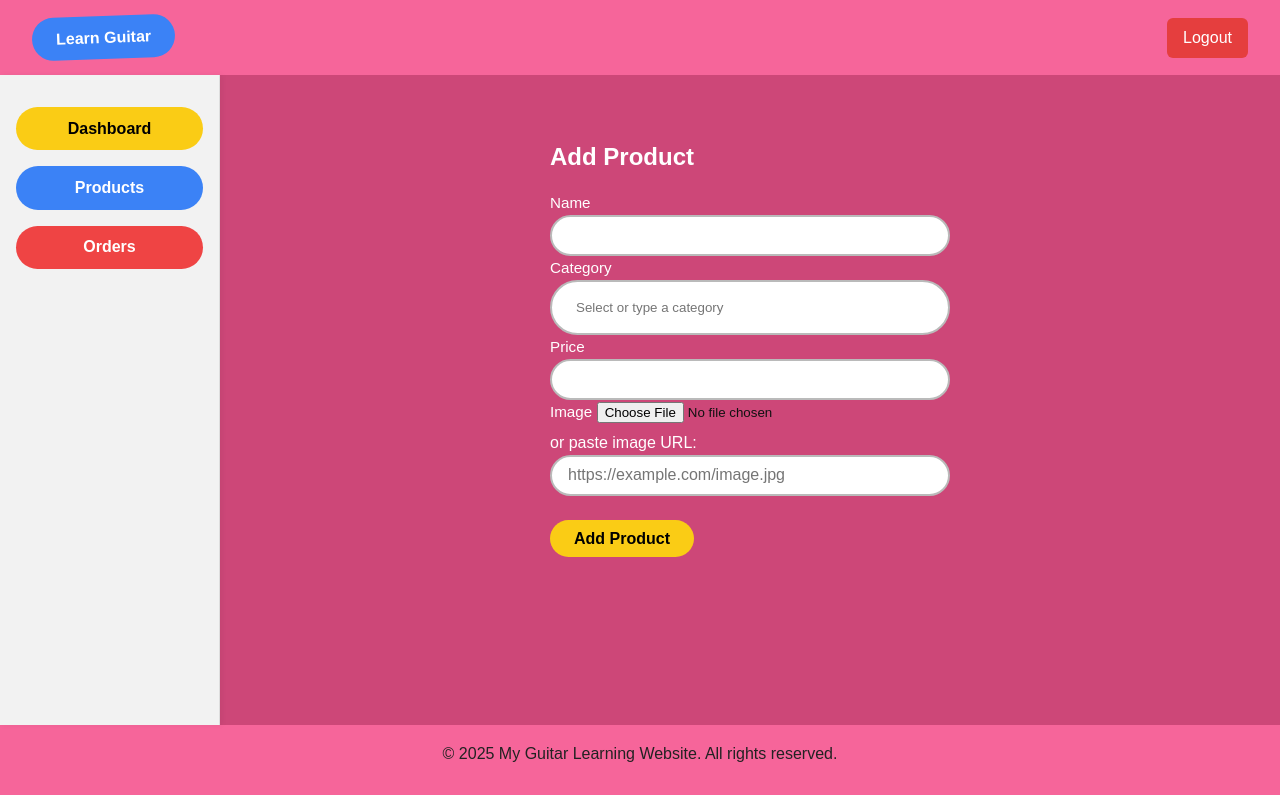
Repository: rywkoo/LearnGuitar
Page: templates/admin/addproduct.html
These files come from the project's save history. The page is drawn as it stood at one moment and after the next save; the edit follows.
The browser window is 1280 px wide. The pictures show the whole page.
The page is served by the project's application, run on Flask 3 (app.py). Other server files are loaded and not shown. The template is opened directly, without the code that normally fills it, so the values that code supplies are empty.

Above is the page before, as saved 2025-08-25 22:40:22.

### templates/admin/addproduct.html
{% extends "admin/admin_master.html" %}

{% block main_content %}


<style>


.custom-dropdown input {
  width: 100%;
  padding: 0.5rem;
  border-radius: 8px;
  border: 1px solid #ccc;
}

.dropdown-list {
  position: absolute;
  top: 100%;
  left: 0;
  right: 0;
  background: #fff;
  max-height: 150px;
  overflow-y: auto;
  border: 1px solid #ccc;
  border-radius: 8px;
  display: none;
  margin-top: 2px;
  z-index: 10;
}

.dropdown-list li {
  padding: 0.5rem;
  cursor: pointer;
}

.dropdown-list li:hover {
  background: #f0f0f0;
}

.dropdown-list li.other {
  font-style: italic;
  color: #555;
}
</style>


<div style="width: 400px; margin: 2rem auto;">
    <h2 style="color: white; margin-bottom: 1rem;">Add Product</h2>

    <form id="addProductForm" method="POST" enctype="multipart/form-data">
        <!-- Name -->
        <div class="mb-3">
            <label style="color: white;">Name</label>
            <input class="input" type="text" name="name" required>
        </div>

        <!-- Category -->
        <div class="mb-3">
            <label style="color: white;">Category</label>
            <div class="custom-dropdown input">
                <input
                    type="text"
                    id="categoryInput"
                    name="category"
                    placeholder="Select or type a category"
                    autocomplete="off"
                    value="{{ product['category'] if product else '' }}"
                    required
                    style="
                        background-color: white;
                        color: black;
                        border: none;
                        outline: none;
                        box-shadow: none;
                    "
                >

                <ul class="dropdown-list" id="categoryList">
                    {% for cat in categories %}
                        <li>{{ cat }}</li>
                    {% endfor %}
                    <li class="other">Other...</li>
                </ul>
            </div>
        </div>


        <!-- Price -->
        <div class="mb-3">
            <label style="color: white;">Price</label>
            <input class="input" type="number" name="price" required>
        </div>

        <!-- Image -->
        <div class="mb-3">
            <label style="color: white;">Image</label>
            <input type="file" name="image_file" accept="image/*" style="margin-bottom: 0.5rem;">
            <br>
            <span style="color: white;">or paste image URL:</span>
            <input class="input" type="text" name="image_url" placeholder="https://example.com/image.jpg">
        </div>

        <!-- Submit -->
    </br>
        <button class="btn btn-primary" type="submit">Add Product</button>
    </form>
</div>

<!-- Success Modal -->
<div id="successModal" style="
    display: none;
    position: fixed;
    inset: 0;
    background: rgba(0,0,0,0.5);
    justify-content: center;
    align-items: center;
    z-index: 999;
">
    <div style="
        background: #fff;
        padding: 2rem;
        border-radius: 12px;
        text-align: center;
        width: 300px;
    ">
        <div style="font-size: 3rem; color: green;">✔️</div>
        <h3>New Product Added!</h3>
    </div>
</div>

<script>
const form = document.getElementById('addProductForm');
const modal = document.getElementById('successModal');

form.addEventListener('submit', function(event) {
    event.preventDefault(); // Prevent default form submission

    const formData = new FormData(form);

    fetch(form.action || window.location.href, {
        method: 'POST',
        body: formData
    })
    .then(res => {
        if (res.ok) {
            // Show modal
            modal.style.display = 'flex';

            // Redirect to product list after 1.5s
            setTimeout(() => {
                window.location.href = "{{ url_for('admin_products') }}";
            }, 1500);
        } else {
            res.text().then(txt => alert('Error adding product: ' + txt));
        }
    })
    .catch(err => {
        console.error(err);
        alert('Error adding product.');
    });
});
</script>

<script>
const input = document.getElementById('categoryInput');
const list = document.getElementById('categoryList');

input.addEventListener('focus', () => {
  list.style.display = 'block';
});

input.addEventListener('input', () => {
  const value = input.value.toLowerCase();
  Array.from(list.children).forEach(li => {
    li.style.display = li.textContent.toLowerCase().includes(value) ? 'block' : 'none';
  });
});

Array.from(list.children).forEach(li => {
  li.addEventListener('click', () => {
    if (li.classList.contains('other')) {
      input.value = '';
      input.focus();
    } else {
      input.value = li.textContent;
    }
    list.style.display = 'none';
  });
});

document.addEventListener('click', e => {
  if (!e.target.closest('.custom-dropdown')) {
    list.style.display = 'none';
  }
});
</script>
{% endblock %}

### templates/admin/admin_master.html
<!DOCTYPE html>
<html lang="en">
<head>
  <meta charset="UTF-8">
  <title>{% block title %}My Flask App{% endblock %}</title>
  {% include "css.html" %}
</head>
<body style="margin:0; font-family: sans-serif;">

  <!-- ===== Navbar ===== -->
  <nav style="padding: 1rem 2rem; display: flex; justify-content: space-between; align-items: center; background: #f6659a; color:white;">
    <a href="/" class="btn btn-secondary btn-lg" style="transform: rotate(-2deg);">Learn Guitar</a>
    <div class="nav-links" style="display: flex; gap:5px;">
      <a href="/logout" style="padding: 0.5rem 1rem; background: #e53e3e; color:white; border-radius: 6px; text-decoration:none;">Logout</a>
    </div>
  </nav>

  <!-- ===== Layout Wrapper ===== -->
  <div style="display: flex; min-height: calc(100vh - 70px);">

    <!-- ===== Sidebar ===== -->
    <aside style="
      width: 220px;
      background: #f2f2f2;
      padding: 2rem 1rem;
      border-right: 1px solid #ddd;
      box-shadow: 2px 0 6px rgba(0,0,0,0.05);
    ">
      <nav style="display: flex; flex-direction: column; gap: 1rem;">
        <a class="btn btn-primary" href="/admin" >Dashboard</a>
        <a class="btn btn-secondary" href="/admin/products" >Products</a>
        <a class="btn btn-danger" href="/admin/orders" >Orders</a>
      </nav>
    </aside>

    <!-- ===== Main Content ===== -->
    <main style="flex: 1; padding: 2rem;">
      {% block main_content %}
      <!-- Page content will go here -->
      {% endblock %}
    </main>

  </div>

  <!-- ===== Footer ===== -->
  <footer style="text-align: center; padding: 1rem 1rem; background: #f6659a; color:white; border-top: 1px solid #f6659a;">
    <p>&copy; 2025 My Guitar Learning Website. All rights reserved.</p>
  </footer>

  {% include "script.html" %}

  <script src="https://unpkg.com/vue@3/dist/vue.global.js"></script>
</body>
</html>

### templates/css.html
<!-- css.html -->
<link rel="stylesheet" href="{{ url_for('static', filename='css/btn.css') }}">
<link rel="stylesheet" href="{{ url_for('static', filename='css/card.css') }}">
<link rel="stylesheet" href="{{ url_for('static', filename='css/input.css') }}">
<link rel="stylesheet" href="{{ url_for('static', filename='css/typography.css') }}">
<link rel="stylesheet" href="{{ url_for('static', filename='css/style.css') }}">
<link rel="stylesheet" href="{{ url_for('static', filename='css/animation.css') }}">
<link rel="stylesheet" href="{{ url_for('static', filename='css/lesson.css') }}">
<link rel="stylesheet" href="{{ url_for('static', filename='css/shop.css') }}">

### templates/script.html
<script src="https://cdn.jsdelivr.net/npm/sweetalert2@11"></script>
<script>
  // ===== Background Slider =====
  (function() {
    const bgSlider = document.querySelector('.hero-left .hero-bg-slider');
    if (!bgSlider) return; // Exit if element doesn't exist

    const images = [
      'https://www.uk-anime.net/images/bocchimain.png',
      'https://www.cnet.com/a/img/resize/3b4b3e192a9d75bd060ba4debe8d13a14caef990/hub/2024/07/06/b6981ace-771d-4971-8a9e-60e8c83bc66e/bocchi-the-rock-photo-1.jpg?auto=webp&fit=crop&height=900&width=1200',
      'https://www.uk-anime.net/images/bocchimain.png',
      'https://www.cnet.com/a/img/resize/3b4b3e192a9d75bd060ba4debe8d13a14caef990/hub/2024/07/06/b6981ace-771d-4971-8a9e-60e8c83bc66e/bocchi-the-rock-photo-1.jpg?auto=webp&fit=crop&height=900&width=1200'
    ];

    let current = 0;

    function changeBackground() {
      bgSlider.style.backgroundImage = `url(${images[current]})`;
      current = (current + 1) % images.length;
    }

    changeBackground();
    setInterval(changeBackground, 5000);
  })();
</script>

<script>
  // ===== Quantity Adjust =====
  function adjustQty(delta) {
    const input = document.getElementById('quantityInput');
    if (!input) return; // Exit if element doesn't exist

    let value = parseInt(input.value);
    if (!isNaN(value)) {
      input.value = Math.max(1, value + delta);
    }
  }
</script>

### app.py
from flask import Flask, render_template, request, redirect, url_for, flash, session, jsonify
from flask_mail import Mail, Message
import json
import requests
from datetime import date
from dotenv import load_dotenv
import os
from reportlab.lib.pagesizes import letter
from reportlab.pdfgen import canvas

app = Flask(__name__)
app.secret_key = "741e4fa4-f067-4aec-b48d-deb18e9cca92"

import route

@app.route("/components")
def components():
    return render_template("component.html")

if __name__ == "__main__":
    app.run(debug=True)

### static/css/btn.css
.btn {
  display: inline-block;
  padding: 0.6rem 1.5rem;
  border-radius: 9999px;  /* fully rounded */
  border: none;
  cursor: pointer;
  font-weight: 600;
  text-decoration: none;
  transition: background 0.2s, box-shadow 0.2s;
  font-size: 1rem;

  /* Add shadow */
/* flat shadow downwards */
}

/* Optional: hover effect (slightly stronger shadow) */
.btn:hover {
  box-shadow: 0 3px 0 #45454576;
}

/* Primary: Yellow bg, black text */
.btn-primary {
  background: #facc15;
  color: #000;
}

/* Secondary: Blue bg, white text */
.btn-secondary {
  background: #3b82f6;
  color: #fff;
}

/* Danger: Red bg, white text */
.btn-danger {
  background: #ef4444;
  color: #fff;
}

### static/css/card.css
/* ===== Base Card Component ===== */
.card {
  border-radius: 16px;       /* rounded corners */
  padding: 1.5rem;
  margin-bottom: 1.5rem;
  transition: box-shadow 0.3s, transform 0.2s;
  color: #111;               /* default text color */
  box-shadow: 0 4px 0 #888888; /* default flat shadow */
}

.card:hover {
  transform: translateY(-2px);
  box-shadow: 0 6px 0 #888888; /* slightly longer shadow on hover */
}

/* ===== Card Variants ===== */

/* Primary - Pink */
.card-pink {
  background: #f6659a;       /* light pink */
  box-shadow: 0 4px 0 #d35c7f;
}
.card-pink:hover {
  box-shadow: 0 6px 0 #af4d6b;
}

/* Secondary - Yellow */
.card-yellow {
  background: #facc15;       /* yellow */
  box-shadow: 0 4px 0 #d4a90f;
}
.card-yellow:hover {
  box-shadow: 0 6px 0 #e0b01a;
}

/* Danger/Accent - Blue */
.card-blue {
  background: #3b82f6;       /* blue */
  color: #fff;               /* white text for contrast */
  box-shadow: 0 4px 0 #2563eb;
}
.card-blue:hover {
  box-shadow: 0 6px 0 #1d4ed8;
}

/* Card header */
.card h2 {
  font-size: 1.25rem;
  margin-bottom: 0.8rem;
}

/* Card paragraph/text */
.card p {
  font-size: 1rem;
}

### static/css/input.css
/* ===== Input Fields ===== */
* {
  margin: 0;
  padding: 0;
  box-sizing: border-box; /* ensures padding is included in width */
}


.input {
  width: 100%;
  padding: 0.6rem 1rem;
  border: 2px solid #bababa;   /* gray border matching shadow */
  border-radius: 9999px;       /* fully rounded, like buttons */
  background: #ffffff;         /* very light pink background */
  font-size: 1rem;
  outline: none;
  transition: border-color 0.2s, box-shadow 0.2s;
  color: #111;                 /* dark text */
}

### static/css/typography.css
/* ===== Global Text Settings ===== */
body {
  font-family: 'Segoe UI', Tahoma, Geneva, Verdana, sans-serif;
  color: #111;       /* dark text for readability */
  line-height: 1.5;
  background: #fffafc; /* subtle light background */
}

/* ===== Headings ===== */
h1 {
  font-size: 2rem;
  font-weight: 700;
  margin-bottom: 1rem;
  color: #111;
}

h2 {
  font-size: 1.5rem;
  font-weight: 600;
  margin-bottom: 0.8rem;
  color: #111;
}

h3 {
  font-size: 1.25rem;
  font-weight: 500;
  margin-bottom: 0.6rem;
  color: #111;
}

/* ===== Paragraphs ===== */
p {
  font-size: 1rem;
  margin-bottom: 0.8rem;
  color: #222;  /* slightly lighter than headings */
}

/* ===== Labels ===== */
label {
  font-size: 0.95rem;
  font-weight: 500;
  color: #111;
}

/* ===== Links ===== */
a {
  text-decoration: none;
  transition: color 0.2s;
}

a:hover {
  text-decoration: none;
}

/* ===== Small Text ===== */
small {
  font-size: 0.85rem;
  color: #ffffff;
}

/* ===== Button Text ===== */
.btn {
  font-family: inherit; /* use same font as body */
  font-weight: 600;
  font-size: 1rem;
  text-align: center;
}

### static/css/style.css
body {
    background-color: #cd4778;
}

### static/css/animation.css

/* Animate background position horizontally */
@keyframes slideBg {
  0% { background-position: 0% center; }
  25% { background-position: 100% center; }
  50% { background-position: 200% center; }
  75% { background-position: 300% center; }
  100% { background-position: 400% center; }
}

### static/css/lesson.css
/* ===== Lesson Cards ===== */
.lesson-card {
  display: flex;
  align-items: center;
  gap: 1rem;
  padding: 1rem 1.5rem;
  border-radius: 16px;
  box-shadow: 0 4px 0 #888888; /* flat shadow downward */
  background: #fff;
  transition: transform 0.2s, box-shadow 0.2s;
}

.lesson-card:hover {
  transform: translateY(-3px);
  box-shadow: 0 6px 0 #666666;
}

/* Lesson image on the left */
.lesson-image img {
  width: 100px;
  height: 100px;
  object-fit: cover;
  border-radius: 8px;
}

/* Title in the middle */
.lesson-title {
  flex: 1;
  font-size: 1.2rem;
  color: #111;
}

/* Button on the right */
.lesson-action .btn {
  padding: 0.5rem 1.2rem;
  font-size: 1rem;
}

/* Optional: responsive for small screens */
@media (max-width: 600px) {
  .lesson-card {
    flex-direction: column;
    align-items: flex-start;
  }
  .lesson-action {
    width: 100%;
    margin-top: 0.5rem;
  }
}

### static/css/shop.css
/* ===== Shop Container ===== */

.hidden-card {
    display: none !important;
}

.shop-container {
  display: flex;
  gap: 2rem;
  padding: 2rem;
  max-width: 1400px;    /* limit width */
  margin: 0 auto;       /* center horizontally */
  box-sizing: border-box;
}

/* ===== Shop Sidebar ===== */
.shop-sidebar {
  width: 400px;
  flex-shrink: 0;
  background: #f5f5f5;
  padding: 1.5rem;
  border-radius: 16px;
  box-shadow: 0 4px 0 #ccc;
  display: flex;
  flex-direction: column;
  gap: 1.5rem;
  position: sticky;
  top: 1rem;
  height: fit-content;
}

/* Sidebar headings */
.shop-sidebar h3 {
  font-size: 1.1rem;
  font-weight: 600;
  color: #111;
  margin-bottom: 0.5rem;
}

/* Inputs inside sidebar */
.shop-sidebar input[type="text"],
.shop-sidebar input[type="checkbox"] {
  margin-bottom: 0.5rem;
}

/* Checkbox labels */
.shop-sidebar label {
  display: flex;
  align-items: center;
  gap: 0.5rem;
  font-size: 0.9rem;
  color: #111;
  cursor: pointer;
}

/* Filter button */
.shop-sidebar .btn-filter {
  background: #3b82f6;
  color: #fff;
  padding: 0.6rem 1rem;
  border-radius: 12px;
  font-weight: 600;
  border: none;
  cursor: pointer;
  transition: background 0.2s, box-shadow 0.2s;
}
.shop-sidebar .btn-filter:hover {
  background: #2563eb;
  box-shadow: 0 3px 0 #666;
}

/* ===== Shop Products Grid ===== */
.shop-products {
  display: grid;
  grid-template-columns: repeat(auto-fill, minmax(250px, 1fr));
  gap: 1rem;
  flex: 1;
}

/* ===== Shop / Instrument Card ===== */
.shop-card {
  display: flex;
  flex-direction: column;
  align-items: center;
  gap: 0.5rem;
  padding: 1rem;
  border-radius: 16px;
  box-shadow: 0 4px 0 #888;
  background: #fff;
  transition: transform 0.2s, box-shadow 0.2s;
}
.shop-card:hover {
  transform: translateY(-3px);
  box-shadow: 0 6px 0 #666;
}

/* Category badge */
.shop-card .shop-category {
  padding: 0.2rem 0.6rem;
  border-radius: 12px;
  background-color: #facc15;
  color: #111;
  font-size: 0.8rem;
  font-weight: 600;
  text-transform: uppercase;
}

/* Instrument image */
.shop-card img {
  width: 100%;
  aspect-ratio: 1 / 1;
  object-fit: cover;
  border-radius: 12px;
}

/* Instrument title */
.shop-card .shop-title {
  font-size: 1.1rem;
  font-weight: 600;
  text-align: center;
  color: #111;
}

/* Price */
.shop-card .shop-price {
  font-size: 1rem;
  font-weight: 500;
  color: #444;
}

/* Add to Cart button */
.shop-card .btn-add {
  padding: 0.5rem 1rem;
  margin-top: 0.5rem;
  width: 100%;
  text-align: center;
  border-radius: 12px;
}

/* ===== Responsive adjustments ===== */
@media (max-width: 992px) {
  .shop-container {
    flex-direction: column;
  }

  .shop-sidebar {
    width: 100%;
    position: relative;
    top: auto;
    box-shadow: none;
    border-radius: 0;
    padding: 1rem 0;
  }

  .shop-products {
    grid-template-columns: repeat(auto-fill, minmax(200px, 1fr));
  }
}

After the next save:
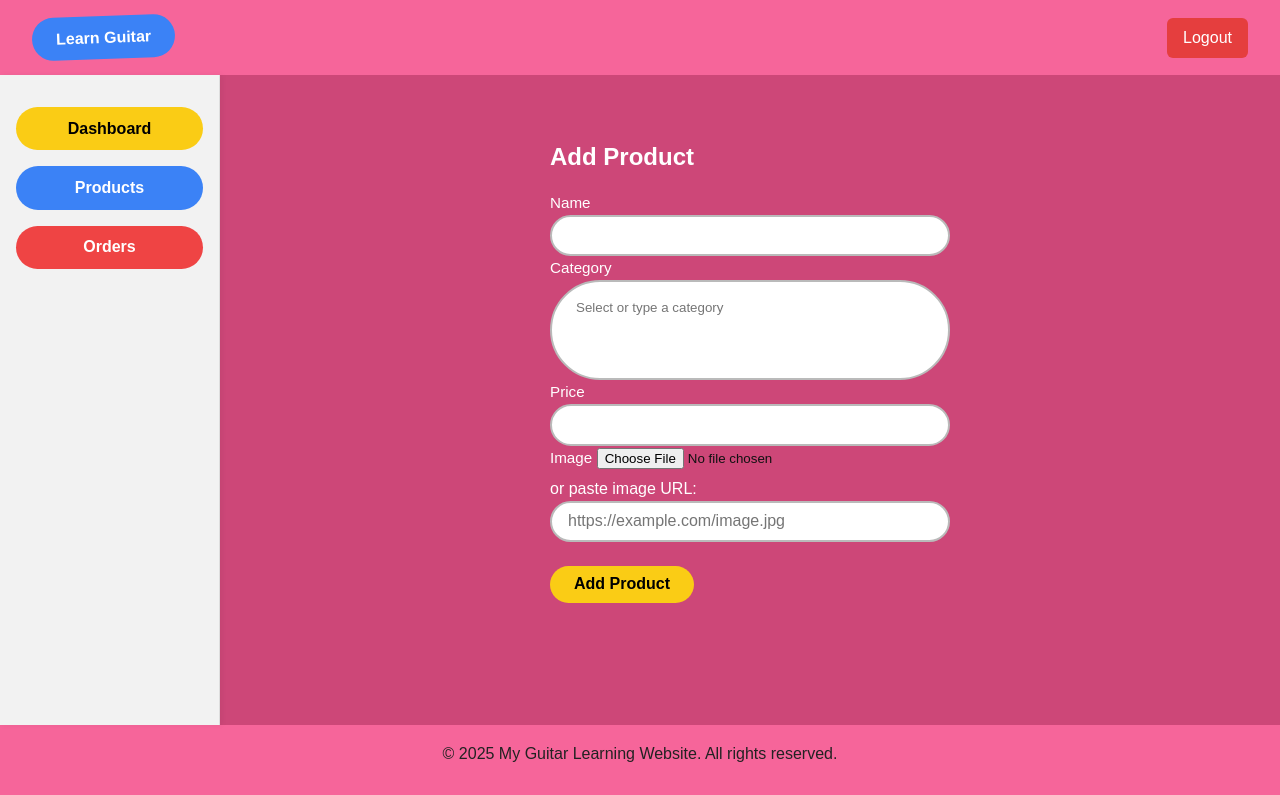
Saved 16 s later.
--- a/templates/admin/addproduct.html
+++ b/templates/admin/addproduct.html
@@ -4,7 +4,11 @@
 
 
 <style>
-
+.custom-dropdown {
+  position: relative;
+  width: 100%;
+  height: 100px;
+}
 
 .custom-dropdown input {
   width: 100%;
